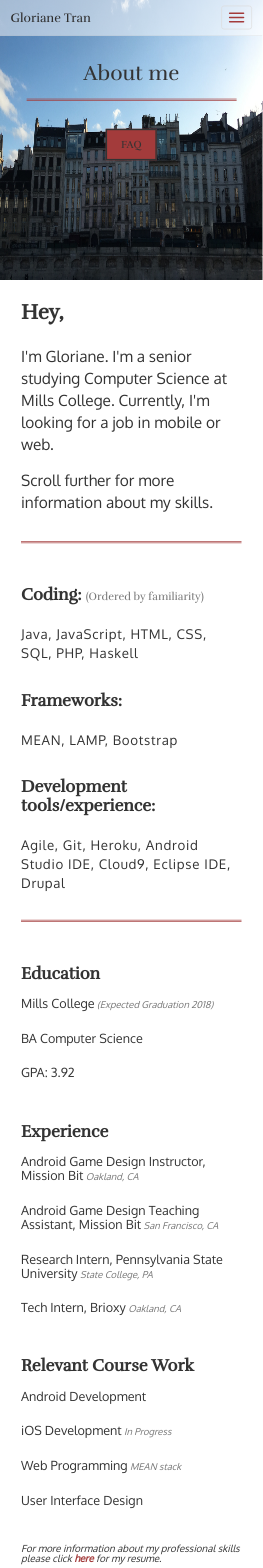
Repository: glorianetran/gloriane-web
Page: http://localhost/about
The author's editor kept a record of every edit. The page is drawn from the files as they stood at one moment, then again after the next edit.
The browser window is 375 px wide. The pictures show the part of the page from y = 0 to 2240 px (the page is 2902 px tall), at 70% of full size.
Some web libraries are served in a nearby version. The page is served by the project's Node server (app.js).

Above is the page before.

After the next edit:
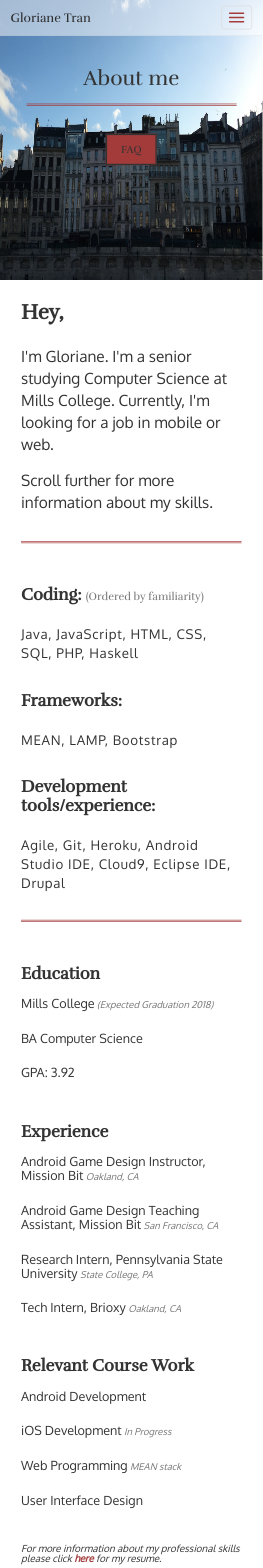
The edit:
--- a/public/stylesheets/about.css
+++ b/public/stylesheets/about.css
@@ -171,7 +171,7 @@
         margin: 30px 30px;
     }
     .jumbotron {
-        padding: 18% 0;
+        padding: 20% 0;
     }
     .button {
         background: #A33B3B;
